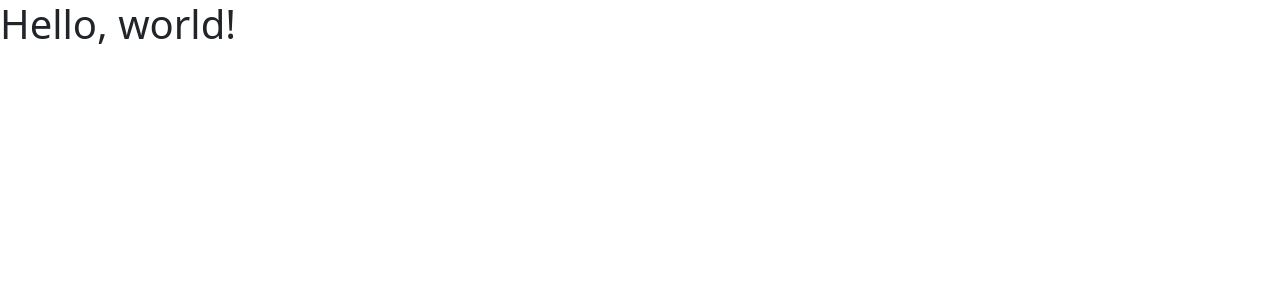
Repository: tive02/portfolio
Page: index.html
The author's editor kept a copy of each file at every save. The page is drawn from the files as they stood at one save, then again after the next save.
The browser window is 1280 px wide. The pictures show the whole page.

Above is the page before, as saved 2021-08-12 19:16:22.
Not found: assets/css/argon-design-system.min.css

### index.html
<!DOCTYPE html>
<html lang="en">
  <head>
    <!-- Required meta tags -->
    <meta charset="utf-8" />
    <meta name="viewport" content="width=device-width, initial-scale=1" />

    <!-- Bootstrap CSS -->
    <link
      href="https://cdn.jsdelivr.net/npm/bootstrap@5.1.0/dist/css/bootstrap.min.css"
      rel="stylesheet"
      integrity="sha384-KyZXEAg3QhqLMpG8r+8fhAXLRk2vvoC2f3B09zVXn8CA5QIVfZOJ3BCsw2P0p/We"
      crossorigin="anonymous"
    />
    <!-- Argon CSS -->
    <link
      type="text/css"
      href="/assets/css/argon-design-system.min.css"
      rel="stylesheet"
    />
    <title>Jorge Steven Moreno Parra</title>
  </head>
  <body>
    <h1>Hello, world!</h1>

    <!-- Optional JavaScript; choose one of the two! -->

    <!-- Option 1: Bootstrap Bundle with Popper -->
    <script
      src="https://cdn.jsdelivr.net/npm/bootstrap@5.1.0/dist/js/bootstrap.bundle.min.js"
      integrity="sha384-U1DAWAznBHeqEIlVSCgzq+c9gqGAJn5c/t99JyeKa9xxaYpSvHU5awsuZVVFIhvj"
      crossorigin="anonymous"
    ></script>

    <!-- Option 2: Separate Popper and Bootstrap JS -->
    <!--
    <script src="https://cdn.jsdelivr.net/npm/@popperjs/core@2.9.3/dist/umd/popper.min.js" integrity="sha384-eMNCOe7tC1doHpGoWe/6oMVemdAVTMs2xqW4mwXrXsW0L84Iytr2wi5v2QjrP/xp" crossorigin="anonymous"></script>
    <script src="https://cdn.jsdelivr.net/npm/bootstrap@5.1.0/dist/js/bootstrap.min.js" integrity="sha384-cn7l7gDp0eyniUwwAZgrzD06kc/tftFf19TOAs2zVinnD/C7E91j9yyk5//jjpt/" crossorigin="anonymous"></script>
    -->
  </body>
</html>

Loaded but not shown: css/argon-design-system.min.css (library)

After the next save:
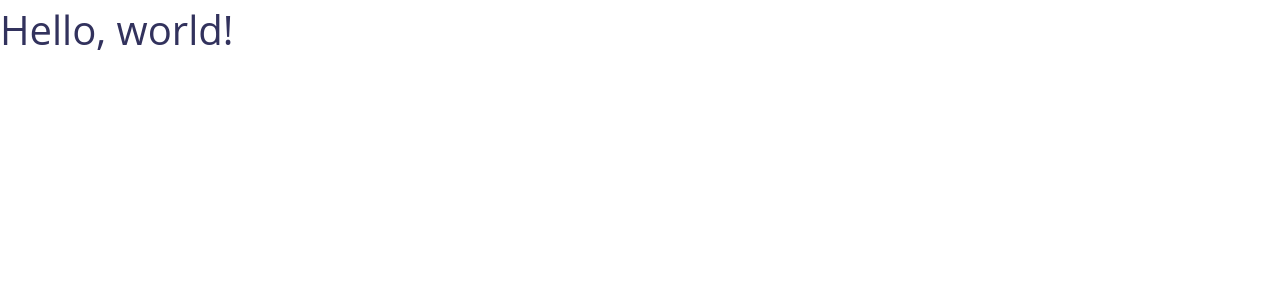
Saved 38 s later.
--- a/index.html
+++ b/index.html
@@ -15,7 +15,7 @@
     <!-- Argon CSS -->
     <link
       type="text/css"
-      href="/assets/css/argon-design-system.min.css"
+      href="css/argon-design-system.min.css"
       rel="stylesheet"
     />
     <title>Jorge Steven Moreno Parra</title>
